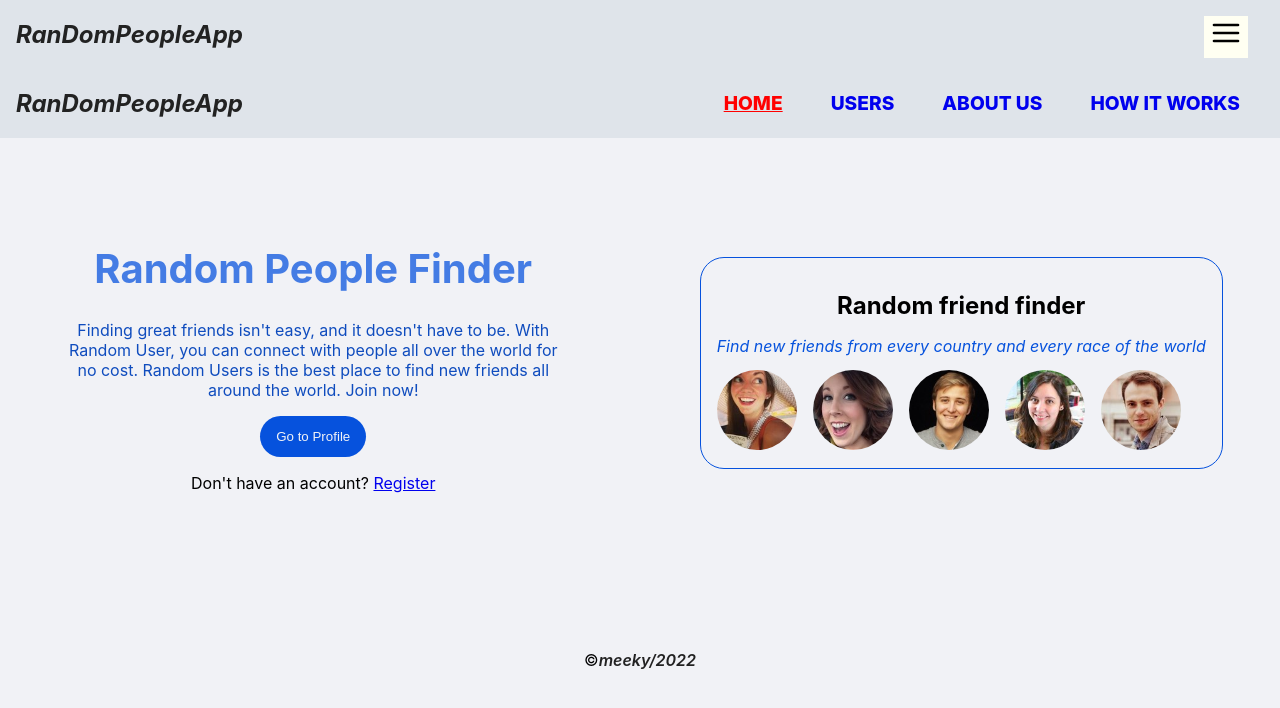
Repository: MikkyPrestige/RandomProfiles
Page: /
These files come from the project's save history. The page is drawn as it stood at one moment and after the next save; the edit follows.
The browser window is 1280 px wide. The pictures show the whole page.
The project was rebuilt for these pictures with package versions that can differ from the ones it lists, and the page was loaded fresh each time. Some packages were replaced by stand-ins written for this rebuild. Also part of the build but not shown: src/components/users.jsx, src/assets/styles/search.css, src/components/search.jsx, src/assets/styles/help.css, src/components/help.jsx, src/assets/styles/about.css, src/components/about.jsx, src/assets/styles/error.css and 9 more.

Above is the page before, as saved 2022-12-06 02:18:18.

After the next save:
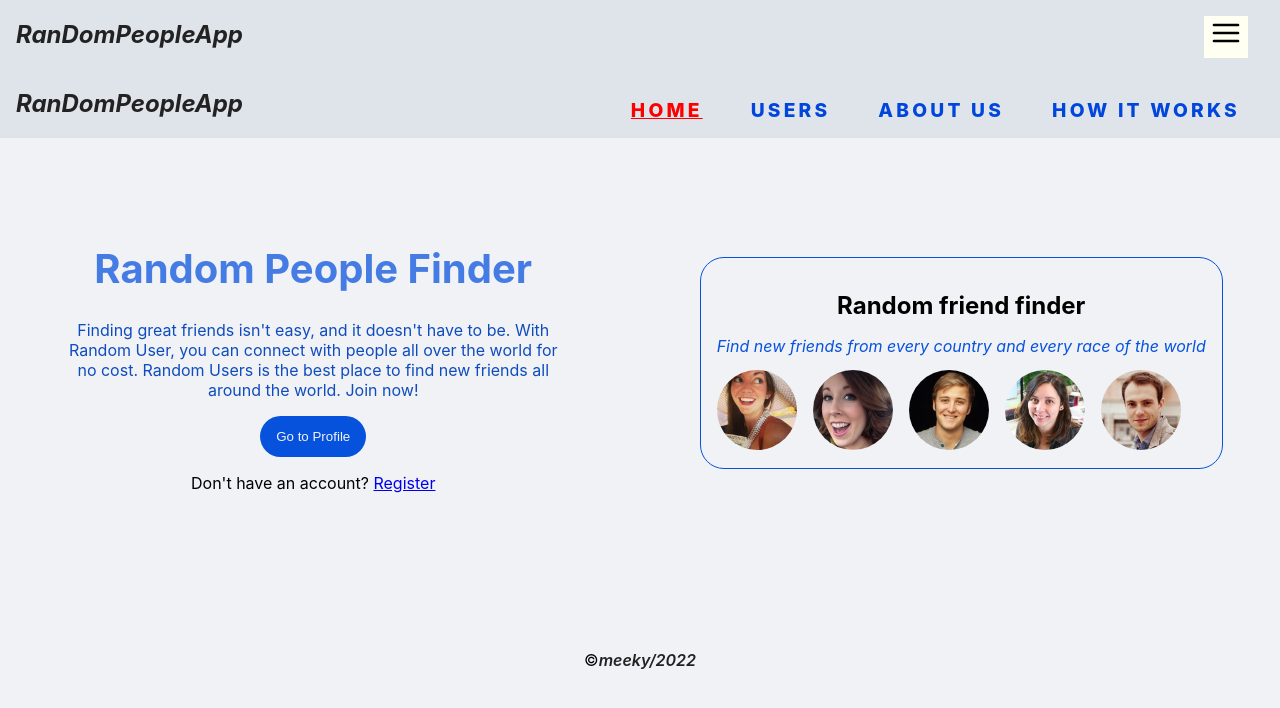
Saved 2 min 14 s later.
--- a/src/assets/styles/layout.css
+++ b/src/assets/styles/layout.css
@@ -57,6 +57,12 @@
   font-weight: 800;
   padding: 1rem 1.5rem;
   text-transform: uppercase;
+  display: block;
+  margin-top: .8rem;
+  text-align: center;
+  text-transform: uppercase;
+  letter-spacing: .2rem;
+  color: #0046dc;
 }
 
 .attribution {
